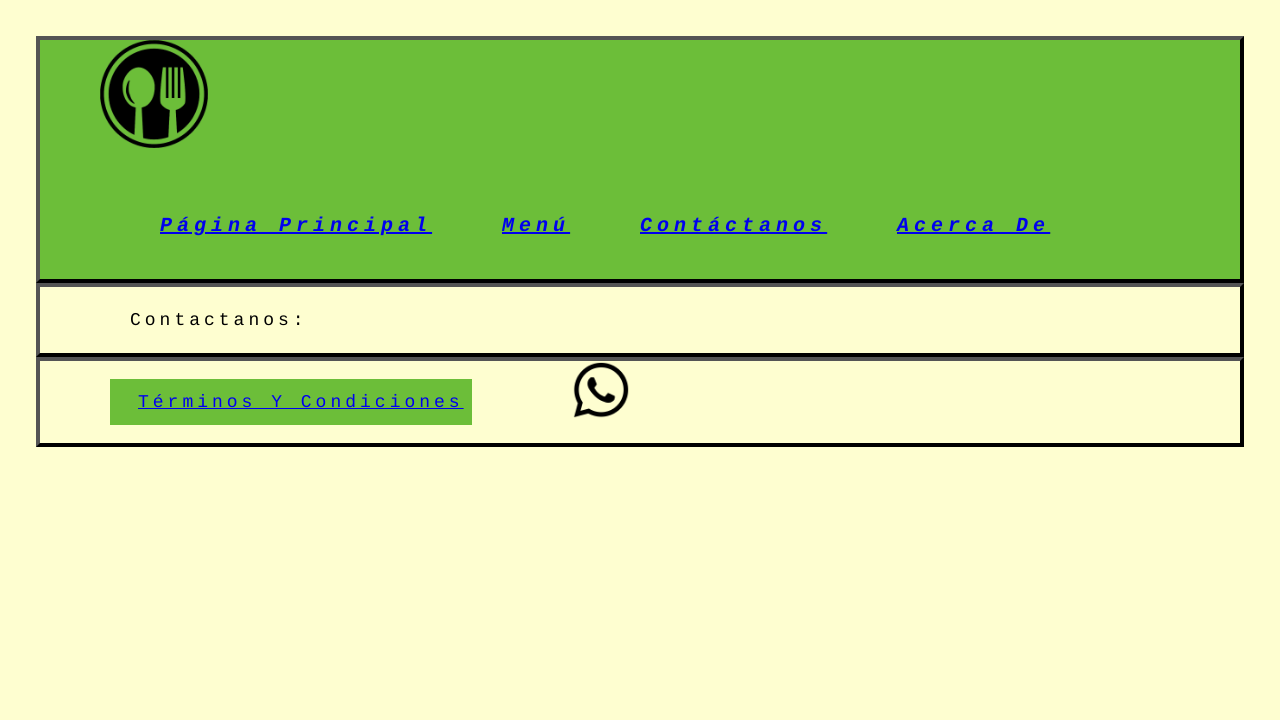
Repository: UVMCoyoacan/eq06_sitio1
Page: Carpeta docs/contactos.html
The author's editor kept a copy of each file at every save. The page is drawn from the files as they stood at one save, then again after the next save.
The browser window is 1280 px wide. The pictures show the whole page.

Above is the page before, as saved 2024-04-14 19:23:35.
Console error: TypeError: Cannot read properties of null (reading 'addEventListener')

After the next save:
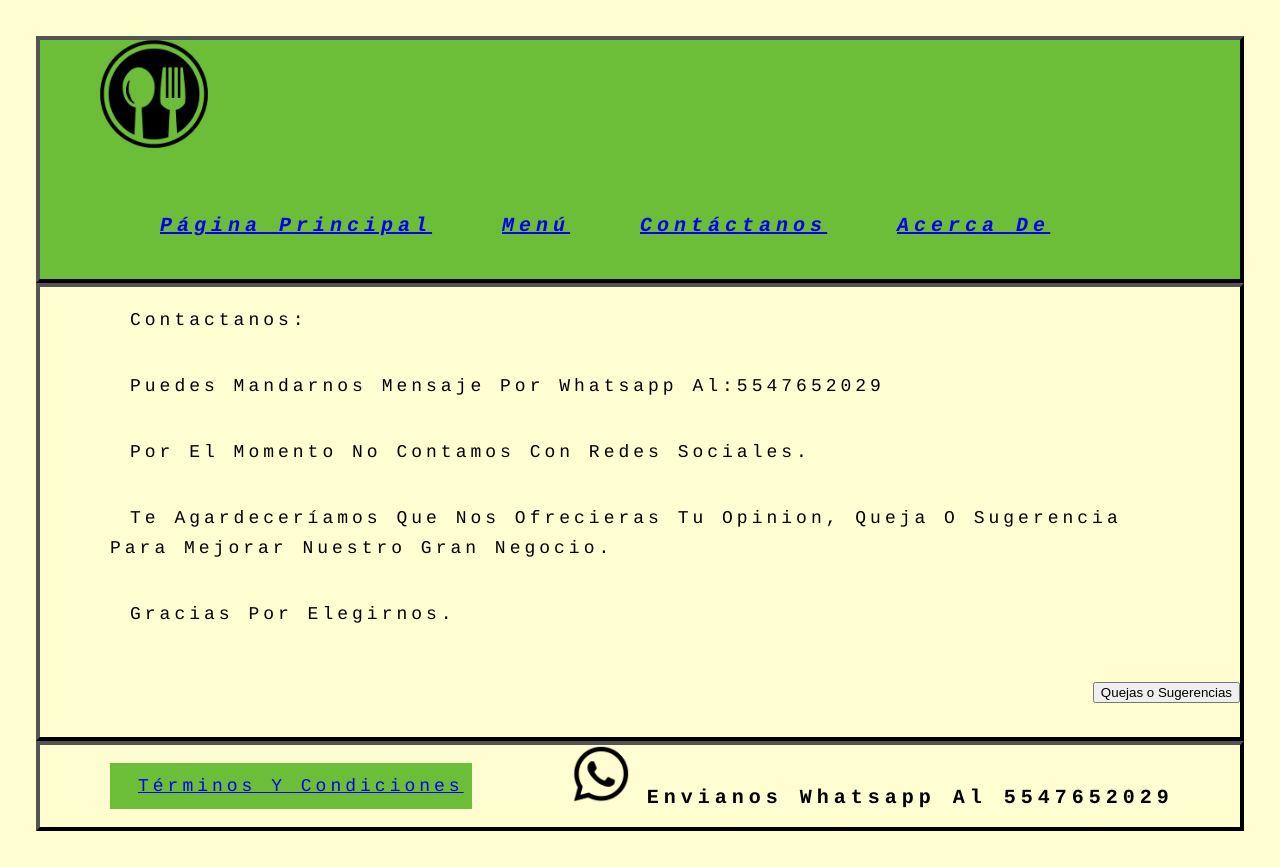
Saved 7 min 5 s later.
--- a/Carpeta docs/contactos.html
+++ b/Carpeta docs/contactos.html
@@ -24,20 +24,31 @@
             <footer >
                 <div style="display: flex; flex-wrap: wrap;">
                     <ul> Contactanos:</ul>
-
+                    <ul> Puedes mandarnos mensaje por whatsapp al:5547652029 </ul>
+                    <ul> Por el momento no contamos con redes sociales. </ul>
+                    <ul> Te agardeceríamos que nos ofrecieras tu opinion, queja o Sugerencia para mejorar nuestro gran negocio.</ul>
+                    <ul> Gracias por elegirnos. </ul>
 
 
                 </div>
+
+                <p>
+                    <div style="text-align: right;">
+                        <button onclick= "redirigirFormsComentarios()" class="botoncomentarios"> Quejas o Sugerencias  </button>
+
+                       </div>
+                   </p>
+
             </footer>
         </div>
         <div style="border-style: outset; border-color: #000000; border-width: .4ch;">
             <footer >
                 <div style="display: flex; flex-wrap: wrap;">
-                    <ul><a href="./Carpeta docs/terminos.html">Términos y condiciones</a></ul>
+                    <ul><a href="../Carpeta docs/terminos.html">Términos y condiciones</a></ul>
                     <div class="move-right" style="display: flex;   flex-wrap: wrap; ">
                         <div style="flex-wrap:wrap; text-align: center; white-space: nowrap; ">
                             <img width="58" height="58" src="../Carpeta ims/whatsapp.png" onclick="redirigirIndex()" ;>
-
+                            Envianos whatsapp al 5547652029
 
                         </div>
 
